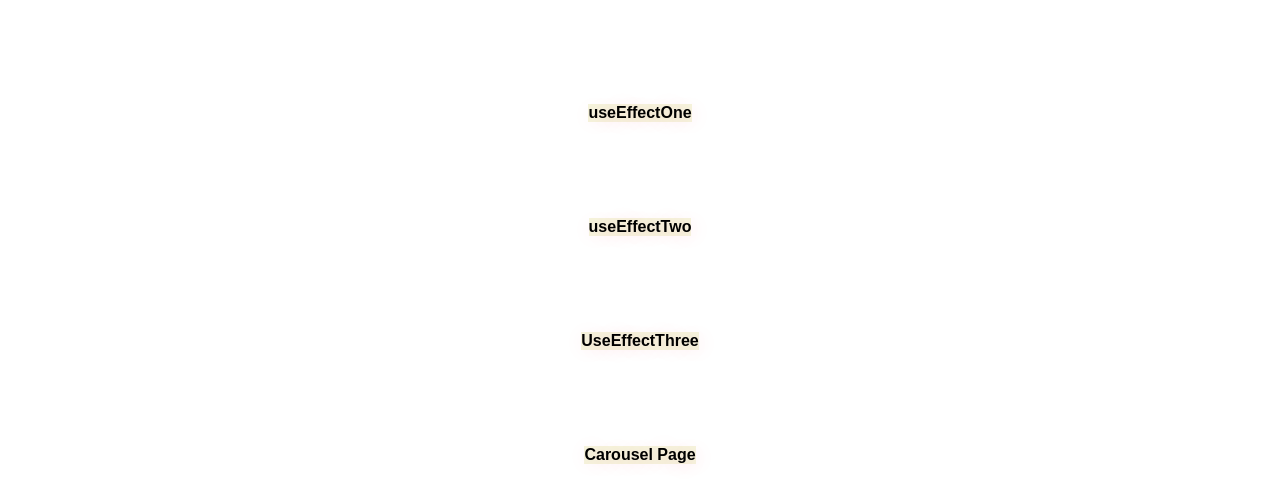
Repository: jjennbui/class8
Page: /
These files come from the project's save history. The page is drawn as it stood at one moment and after a run of saves; the edit follows.
The browser window is 1280 px wide. The pictures show the whole page.
The project was rebuilt for these pictures with package versions that can differ from the ones it lists, and the page was loaded fresh each time. The framework's server and built-in components were replaced by stand-ins that run in the browser. Also part of the build but not shown: next.config.js.

Above is the page before, as saved 2023-02-20 17:37:09.

After the next 2 saves:
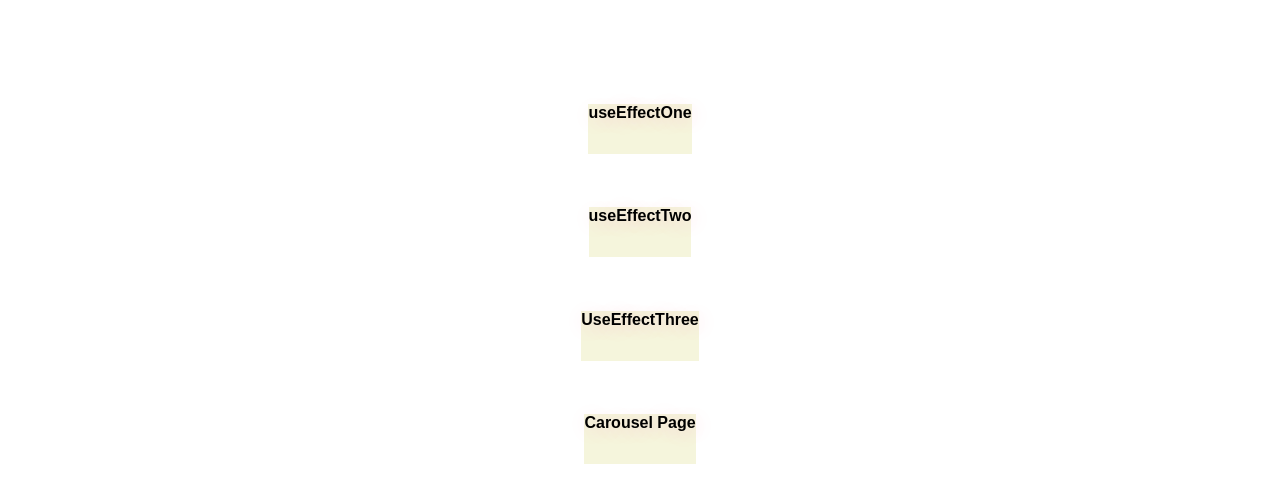
The 2 saves are shown as one change because they came seconds apart.
The last was saved 12 s later.
--- a/styles/Home.module.css
+++ b/styles/Home.module.css
@@ -16,5 +16,5 @@
   font-weight: bold;
   text-shadow: 2px 2px 20px pink;
   background-color: beige;
-
+  height: 50px;
 }
